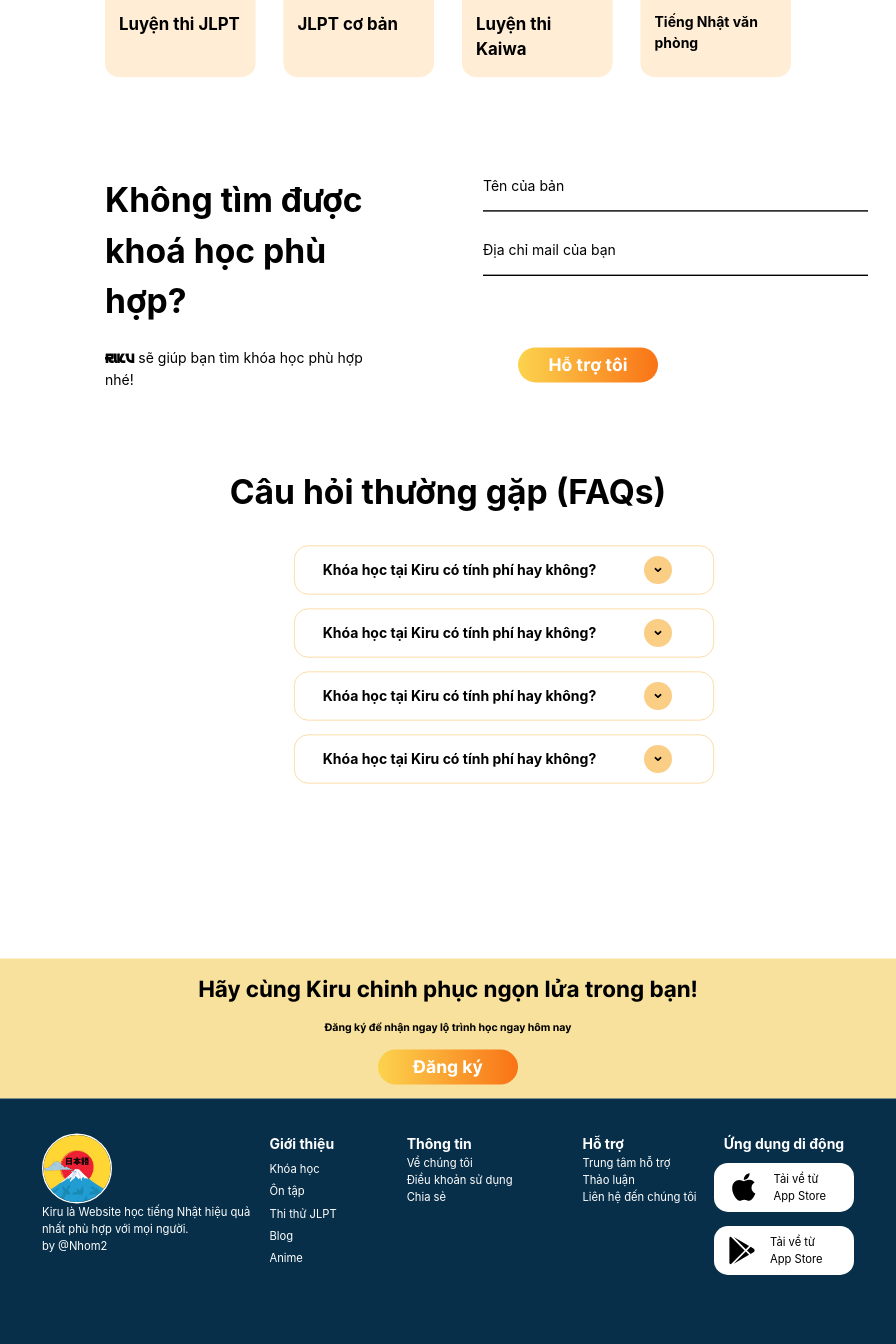
Repository: Quynhhuong150322/Kiru_Website-hoc-tieng-Nhat
Page: /
The author's editor kept a copy of each file at every save. The page is drawn from the files as they stood at one save, then again after the next save.
The browser window is 1280 px wide. The pictures show the part of the page from y = 3205 to 5125 px (the page is 5125 px tall), at 70% of full size.
The project was rebuilt for these pictures with package versions that can differ from the ones it lists, and the page was loaded fresh each time.

Above is the page before, as saved 2023-08-17 02:36:29.

### public/index.html
<!DOCTYPE html>
<html lang="en">
  <head>
    <meta charset="utf-8" />
    <link rel="icon" href="%PUBLIC_URL%/favicon.ico" />
    <meta name="viewport" content="width=device-width, initial-scale=1" />
    <meta name="theme-color" content="#000000" />
    <meta
      name="description"
      content="Web site created using create-react-app"
    />
    <link rel="apple-touch-icon" href="%PUBLIC_URL%/logo192.png" />
    <!--
      manifest.json provides metadata used when your web app is installed on a
      user's mobile device or desktop. See https://developers.google.com/web/fundamentals/web-app-manifest/
    -->
    <link rel="manifest" href="%PUBLIC_URL%/manifest.json" />
    <!--
      Notice the use of %PUBLIC_URL% in the tags above.
      It will be replaced with the URL of the `public` folder during the build.
      Only files inside the `public` folder can be referenced from the HTML.

      Unlike "/favicon.ico" or "favicon.ico", "%PUBLIC_URL%/favicon.ico" will
      work correctly both with client-side routing and a non-root public URL.
      Learn how to configure a non-root public URL by running `npm run build`.
    -->
    <title>Kiru web</title>
  </head>
  <body>
    <noscript>You need to enable JavaScript to run this app.</noscript>
    <div id="root"></div>
    <!--
      This HTML file is a template.
      If you open it directly in the browser, you will see an empty page.

      You can add webfonts, meta tags, or analytics to this file.
      The build step will place the bundled scripts into the <body> tag.

      To begin the development, run `npm start` or `yarn start`.
      To create a production bundle, use `npm run build` or `yarn build`.
    -->
  </body>
</html>

### src/index.js
import React from 'react';
import ReactDOM from 'react-dom/client';
import './index.css';
import App from './App';
import reportWebVitals from './reportWebVitals';
import { BrowserRouter} from "react-router-dom";


const root = ReactDOM.createRoot(document.getElementById('root'));
root.render(
  <React.StrictMode>
    <BrowserRouter>
      <App />
    </BrowserRouter>
  </React.StrictMode>
);

// If you want to start measuring performance in your app, pass a function
// to log results (for example: reportWebVitals(console.log))
// or send to an analytics endpoint. Learn more: https://bit.ly/CRA-vitals
reportWebVitals();

### src/App.js
import './App.css';
import HeaderBefor from "./component/header_footer/HeaderBefor";
import Footer from "./component/header_footer/footer";
// import MyRoutes from './route/MyRoutes';
import GioiThieu from "./component/Gioi_thieu"
import KhoaHocBefor from "./component/Khoa_hoc_befor";
import LienHe from "./component/Lien_he";
import FAQs from "./component/FAQs";


function App() {
  return (
    <div className = "bg-white">
      {/* <MyRoutes></MyRoutes> */}
      <HeaderBefor></HeaderBefor>
      <GioiThieu></GioiThieu>
      <KhoaHocBefor></KhoaHocBefor>
      <LienHe></LienHe>
      <FAQs></FAQs>
      <Footer></Footer>
    </div>
  );
}

export default App;

### src/App.css
.App {
  text-align: center;
}

.App-logo {
  height: 40vmin;
  pointer-events: none;
}

@media (prefers-reduced-motion: no-preference) {
  .App-logo {
    animation: App-logo-spin infinite 20s linear;
  }
}

.App-header {
  background-color: #282c34;
  min-height: 100vh;
  display: flex;
  flex-direction: column;
  align-items: center;
  justify-content: center;
  font-size: calc(10px + 2vmin);
  color: white;
}

.App-link {
  color: #61dafb;
}

@keyframes App-logo-spin {
  from {
    transform: rotate(0deg);
  }
  to {
    transform: rotate(360deg);
  }
}

@font-face {
  font-family: Japanese;
  src: url(./font/Japanese\ 3017.ttf);
}

@font-face {
  font-family: InterBold;
  src: url(./font/Inter-Bold.ttf);
}

@font-face {
  font-family: InterRegular;
  src: url(./font/Inter-Regular.ttf);
}

@font-face {
  font-family: Montserrat;
  src: url(./font/MontserratAlternates-Bold.otf);
}

### src/component/header_footer/HeaderBefor.js
import React from "react";
import logo from "../../image/logo.png"
import { Link } from "react-router-dom";

const Header = () => {
    return (
        <div className = "bg-white top-0 h-[70px] ">
            <div class="flex justify-between items-center p-1">
                <Link to = "/">
                    <div className="flex flex-row items-center gap-5 pl-[50px] justify-center">
                        <img
                            className="h-[55px] w-55px] rounded-full "
                            src = {logo}
                            alt = "logo"
                        />
                        <div className="font-japanese text-[40px] font-bold">Kiru</div>
                    </div>
                </Link>
                <div className=""></div>
                    <ul className="flex space-x-4 justify-start gap-10 font-interBold text-[17px] pr-28 ">
                        <li className="hover:text-yellow-500">
                            <Link to = "/GioiThieu">Giới Thiệu</Link>
                        </li>
                        <li className="hover:text-yellow-500">
                            <Link to = "/LienHe">Liên hệ</Link>
                        </li>
                        <li className="hover:text-yellow-500">
                            <Link to = "/KhoaHocBefor">Khoá học</Link>
                        </li>
                        <li className="hover:text-yellow-500">
                            <Link to = "/FAQs">FAQs</Link>
                        </li>
                    </ul>
                <div className="pr-[50px] flex items-center ">
                    <ul className="flex space-x-4 justify-start gap-1 font-interBold text-[17px] items-center">
                        <li>
                            <button
                                type="button"
                                className="w-[117px] h-10 rounded-[20px] hover:border-2 border-amber-500 hover:text-sky-500">
                                Đăng nhập
                            </button>
                        </li>
                        <li>
                            <button
                                type="button"
                                className = "w-28 h-10 rounded-[20px] text-white bg-gradient-to-r from-amber-300  to-orange-500 hover:border-2 border-amber-700 hover:text-sky-500">
                                Đăng ký
                            </button>
                        </li>
                    </ul>
                </div>
            </div>

        </div>
    );
};
export default Header;

### src/component/header_footer/footer.js
import React from "react";
import logo from "../../image/logo.png";
import {FaApple, FaGooglePlay} from "react-icons/fa";

const Footer = () => {
    return (
        <div class="">
            <div className="h-[350px] bg-sky-950 flex justify-between pt-[50px] px-[60px]">
                <div className="flex-initial w-[300px]">
                    <img
                        className="h-[100px] w-100px] rounded-full border-2 border-white"
                        src = {logo}
                        alt = "logo"
                    />
                    <p className="text-white">Kiru là Website học tiếng Nhật hiệu quả nhất phù hợp với mọi người. <p className="">by @Nhom2</p></p>
                </div>
                <div className="flex flex-row gap-[100px]">
                    <ul class="list-none text-white">
                        <li className="font-bold text-[20px]">Giới thiệu</li>
                        <li className="hover:text-yellow-500 pt-2">Khóa học </li>
                        <li className="hover:text-yellow-500 pt-2">Ôn tập </li>
                        <li className="hover:text-yellow-500 pt-2">Thi thử JLPT</li>
                        <li className="hover:text-yellow-500 pt-2">Blog</li>
                        <li className="hover:text-yellow-500 pt-2">Anime</li>
                    </ul>
                    <ul class="list-none text-white">
                        <li className="font-bold text-[20px]">Thông tin</li>
                        <li className="hover:text-yellow-500">Về chúng tôi </li>
                        <li className="hover:text-yellow-500">Điều khoản sử dụng</li>
                        <li className="hover:text-yellow-500">Chia sẻ</li>
                    </ul>
                    <ul class="list-none text-white">
                        <li className="font-bold text-[20px]">Hỗ trợ</li>
                        <li className="hover:text-yellow-500">Trung tâm hỗ trợ</li>
                        <li className="hover:text-yellow-500">Thảo luận</li>
                        <li className="hover:text-yellow-500">Liên hệ đến chúng tôi </li>
                    </ul>
                </div>
                <div className="">
                    <p className="text-white text-[20px] font-bold text-center pb-3">Ứng dụng di động</p>
                    <div className="h-[70px] w-[200px] bg-white rounded-[20px] flex gap-5 items-center">
                        <div className="pl-5">
                            <FaApple className="w-[45px] h-[45px]"/>
                        </div>
                        <div className="flex-initial w-64">
                            Tải về từ <p className="">App Store</p>
                        </div>
                    </div>
                    <div className="pt-5">
                        <div className="h-[70px] w-[200px] bg-white rounded-[20px] flex gap-5 items-center">
                            <div className="pl-5 ">
                                <FaGooglePlay className="w-[40px] h-[40px]"/>
                            </div>
                            <div className="flex-initial w-64">
                                Tải về từ <p className="">App Store</p>
                            </div>
                        </div>
                    </div>
                </div>
            </div>
        </div>

    );
}
export default Footer;

### src/component/Khoa_hoc_befor.js
import React from "react";
import photo4 from "../image/photo4.png";
import photo5 from "../image/photo5.png";
import photo6 from "../image/photo6.png";
import photo7 from "../image/photo7.png";

const KhoaHocBefor = () => {
    return (
        <div className="">
            <div className="">
                <div className="pt-[100px] pl-[150px] font-inter font-bold text-[48px] w-[650px]">Gợi ý khóa học có thể phù hợp với bạn</div>
                <dic className="flex flex-row gap-10 px-[150px] py-10">
                    <div className="w-[250px] h-[350px] bg-orange-100 rounded-[20px] py-5 px-5">
                        <div className="">
                            <img
                                className=" rounded-[20px]  "
                                src = {photo4}
                                alt = "Photo4"
                            />
                        </div>
                        <div className="pt-5 font-inter font-bold text-[24px]">Luyện thi JLPT</div>
                    </div>
                    <div className="w-[250px] h-[350px] bg-orange-100 rounded-[20px] py-5 px-5">
                        <div className="">
                            <img
                                className=" rounded-[20px]  "
                                src = {photo5}
                                alt = "Photo5"
                            />
                        </div>
                        <div className="pt-5 font-inter font-bold text-[24px]">JLPT cơ bản</div>
                    </div>
                    <div className="w-[250px] h-[350px] bg-orange-100 rounded-[20px] py-5 px-5">
                        <div className="">
                            <img
                                className=" rounded-[20px]  "
                                src = {photo6}
                                alt = "Photo6"
                            />
                        </div>
                        <div className="pt-5 font-inter font-bold text-[24px]">Luyện thi Kaiwa</div>
                    </div>
                    <div className="w-[250px] h-[350px] bg-orange-100 rounded-[20px] py-5 px-5">
                        <div className="">
                            <img
                                className=" rounded-[20px]  "
                                src = {photo7}
                                alt = "Photo7"
                            />
                        </div>
                        <div className="pt-5 font-inter font-bold text-[20px]">Tiếng Nhật văn phòng</div>
                    </div>
                </dic>
            </div>
        </div>
    )
}
export default KhoaHocBefor;

### src/component/Lien_he.js
import React from "react";


const LienHe = () => {
    return (
        <div className="">
            <div className="grid grid-cols-2 gap-[100px] pt-[100px]">
                <div className="font-inter font-bold text-[48px] pl-[150px] ">Không tìm được khoá học phù hợp?</div>
                <div className="">
                    <div className="">
                        <p className="font-inter  text-[20px] pb-5">Tên của bản</p>
                        <div className="h-[2px] w-[550px] bg-black "></div>
                    </div>
                    <div className="">
                        <p className="font-inter  text-[20px] pb-5 pt-10">Địa chỉ mail của bạn</p>
                        <div className="h-[2px] w-[550px] bg-black "></div>
                    </div>
                </div>
            </div>
            <div className="grid grid-cols-2 gap-[200px] pt-[30px]">
                <div className="font-inter text-[20px] pl-[150px]"><a className="font-japanese font-bold">Riku</a> sẽ giúp bạn tìm khóa học phù hợp nhé!</div>
                <div className="">
                    <button
                        type="button"
                        className = "w-[200px] h-[50px] rounded-[40px] text-white bg-gradient-to-r from-amber-300  to-orange-500 hover:border-2 border-amber-700 hover:text-sky-500 font-interBold text-[25px] items-center">
                        Hỗ trợ tôi
                    </button>
                </div>
            </div>

        </div>
    )
}
export default LienHe;

### src/component/FAQs.js
import React from "react";
import {FaAngleDown} from "react-icons/fa";


const FAQs = () => {
    return (
        <div className="">
            <div className="">
                <div className="pt-[110px] font-inter font-bold text-[48px] text-center pb-10">Câu hỏi thường gặp (FAQs)</div>
                <div className="px-[420px] content-center  ">
                    <div className="h-[70px] w-[600px]  border border-amber-500/50 rounded-[20px]  px-10 grid grid-cols-2 gap-[400px] items-center">
                        <p className="flex-initial w-[800px] font-bold text-[20px]">Khóa học tại Kiru có tính phí hay không?</p>
                        <div className="w-[40px] h-[40px] bg-amber-500/50 rounded-[30px] items-center py-3 pl-3">
                            <FaAngleDown/>
                        </div>
                    </div>
                </div>
                <div className="px-[420px] content-center pt-5 ">
                    <div className="h-[70px] w-[600px]  border border-amber-500/50 rounded-[20px]  px-10 grid grid-cols-2 gap-[400px] items-center">
                        <p className="flex-initial w-[800px] font-bold text-[20px]">Khóa học tại Kiru có tính phí hay không?</p>
                        <div className="w-[40px] h-[40px] bg-amber-500/50 rounded-[30px] items-center py-3 pl-3">
                            <FaAngleDown/>
                        </div>
                    </div>
                </div>
                <div className="px-[420px] content-center pt-5 ">
                    <div className="h-[70px] w-[600px]  border border-amber-500/50 rounded-[20px]  px-10 grid grid-cols-2 gap-[400px] items-center">
                        <p className="flex-initial w-[800px] font-bold text-[20px]">Khóa học tại Kiru có tính phí hay không?</p>
                        <div className="w-[40px] h-[40px] bg-amber-500/50 rounded-[30px] items-center py-3 pl-3">
                            <FaAngleDown/>
                        </div>
                    </div>
                </div>
                <div className="px-[420px] content-center pt-5 ">
                    <div className="h-[70px] w-[600px]  border border-amber-500/50 rounded-[20px]  px-10 grid grid-cols-2 gap-[400px] items-center">
                        <p className="flex-initial w-[800px] font-bold text-[20px]">Khóa học tại Kiru có tính phí hay không?</p>
                        <div className="w-[40px] h-[40px] bg-amber-500/50 rounded-[30px] items-center py-3 pl-3">
                            <FaAngleDown/>
                        </div>
                    </div>
                </div>
            </div>
            <div className="pt-[250px] ">
                <div className="h-[200px] bg-yellow-500/40 items-center">
                    <div className="text-[32px] font-interBold text-center pt-5">Hãy cùng Kiru chinh phục ngọn lửa trong bạn!</div>
                    <p className="text-[15px] font-interBold text-center pt-5">Đăng ký để nhận ngay lộ trình học ngay hôm nay</p>
                    <div className="text-center pt-5">
                        <button
                            type="button"
                            className = "w-[200px] h-[50px] rounded-[40px] text-white bg-gradient-to-r from-amber-300  to-orange-500 hover:border-2 border-amber-700 hover:text-sky-500 font-interBold text-[25px] items-center">
                            Đăng ký
                        </button>
                    </div>
                </div>
            </div>
        </div>
    )
}
export default FAQs;

### tailwind.config.js
/** @type {import('tailwindcss').Config} */
module.exports = {
  content: ["./src/**/*.{html,js}"],
  // plugins: [require("tailwind-scrollbar")],
  theme: {
    extend: {
      fontSize: {
        sm: '9px',
        base: '13px',
        xl: '20px',
        '2xl': '60px',
        '3xl': '80px',
        '4xl': '90px',
        '5xl': '100px',
      }
    },
    screens: {
      'sm': {'min': '400px', 'max': '767px'},
      // => @media (min-width: 640px and max-width: 767px) { ... }

      'md': {'min': '768px', 'max': '1023px'},
      // => @media (min-width: 768px and max-width: 1023px) { ... }

      'lg': {'min': '1024px', 'max': '1279px'},
      // => @media (min-width: 1024px and max-width: 1279px) { ... }

      'xl': {'min': '1280px', 'max': '1535px'},
      // => @media (min-width: 1280px and max-width: 1535px) { ... }

      '2xl': {'min': '1536px'},
      // => @media (min-width: 1536px) { ... }
    },

    fontFamily: {
      japanese: ['"Japanese"'],
      interBold: ['"InterBold"'],
      interRegular: ['"InterRegular"'],
      montserrat: ['"Montserrat"']
    },
  },
  plugins: [],
}

Loaded but not shown: src/index.css (common file); src/reportWebVitals.js (common file); src/component/Gioi_thieu.js (187 lines, source omitted)

After the next save:
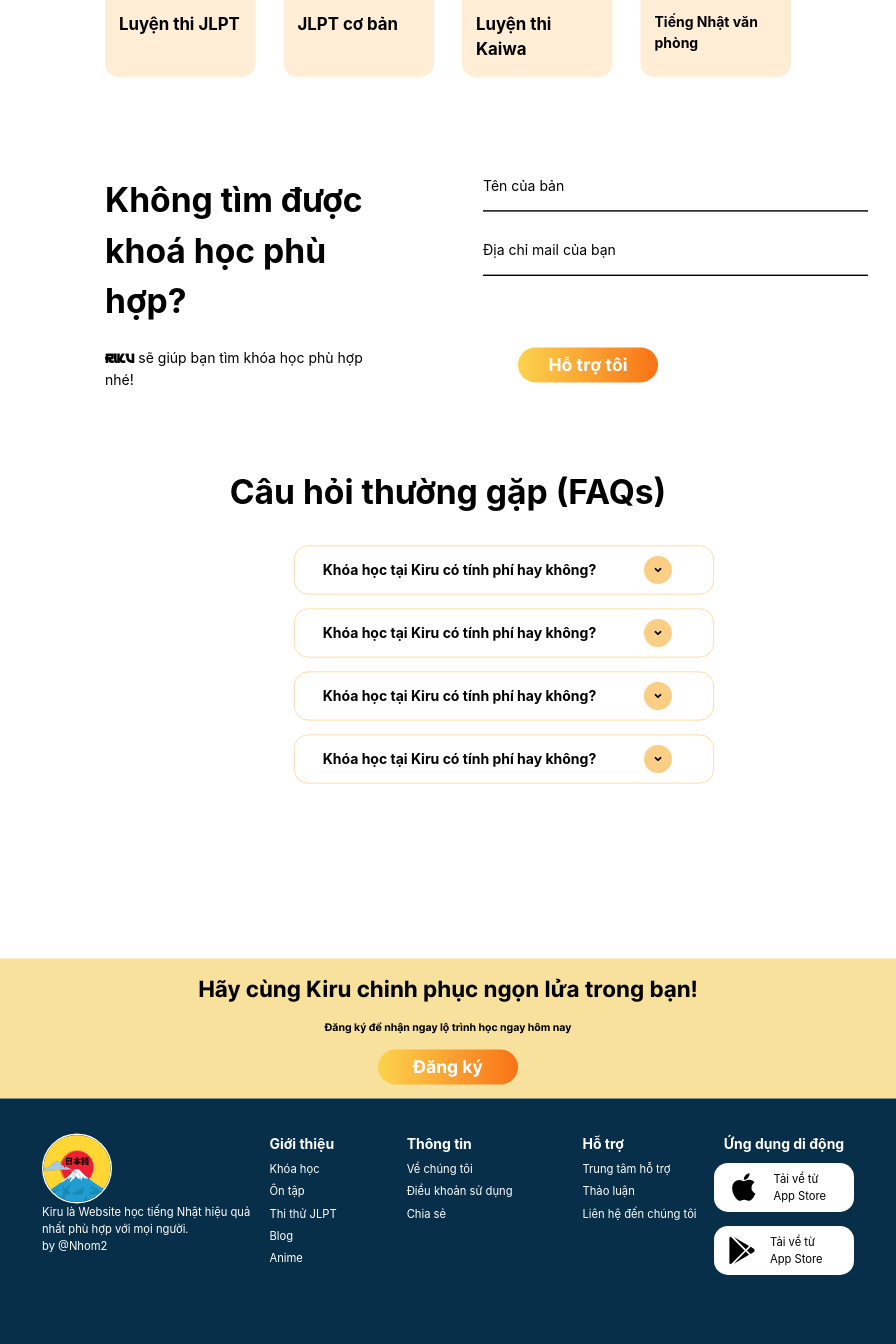
Saved 28 s later.
--- a/src/component/header_footer/footer.js
+++ b/src/component/header_footer/footer.js
@@ -25,15 +25,15 @@ const Footer = () => {
                     </ul>
                     <ul class="list-none text-white">
                         <li className="font-bold text-[20px]">Thông tin</li>
-                        <li className="hover:text-yellow-500">Về chúng tôi </li>
-                        <li className="hover:text-yellow-500">Điều khoản sử dụng</li>
-                        <li className="hover:text-yellow-500">Chia sẻ</li>
+                        <li className="hover:text-yellow-500 pt-2">Về chúng tôi </li>
+                        <li className="hover:text-yellow-500 pt-2">Điều khoản sử dụng</li>
+                        <li className="hover:text-yellow-500 pt-2">Chia sẻ</li>
                     </ul>
                     <ul class="list-none text-white">
                         <li className="font-bold text-[20px]">Hỗ trợ</li>
-                        <li className="hover:text-yellow-500">Trung tâm hỗ trợ</li>
-                        <li className="hover:text-yellow-500">Thảo luận</li>
-                        <li className="hover:text-yellow-500">Liên hệ đến chúng tôi </li>
+                        <li className="hover:text-yellow-500 pt-2">Trung tâm hỗ trợ</li>
+                        <li className="hover:text-yellow-500 pt-2">Thảo luận</li>
+                        <li className="hover:text-yellow-500 pt-2">Liên hệ đến chúng tôi </li>
                     </ul>
                 </div>
                 <div className="">
